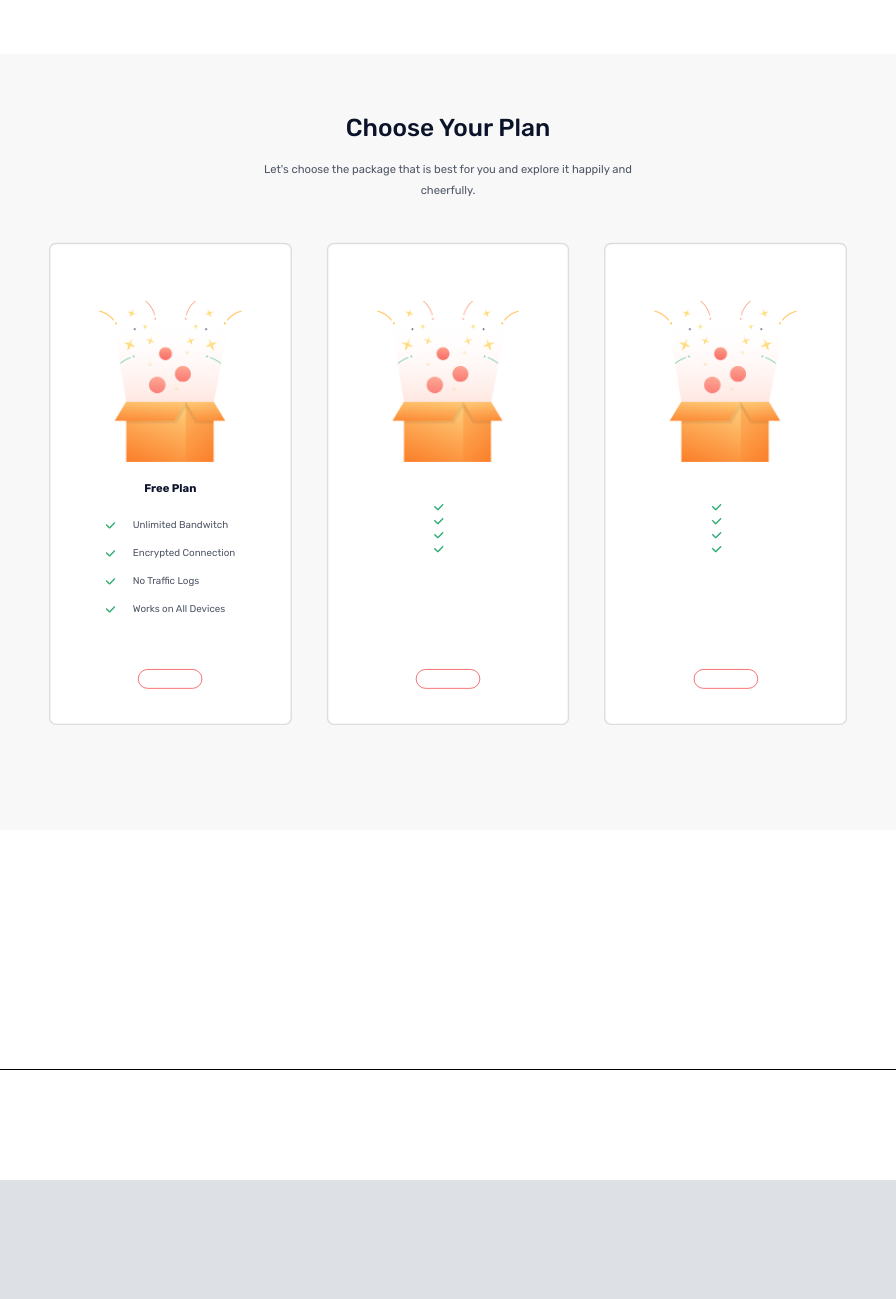
Repository: dangpham205/LaslesVPN-Landing-Page
Page: index.html
These files come from the project's save history. The page is drawn as it stood at one moment and after the next save; the edit follows.
The browser window is 1280 px wide. The pictures show the part of the page from y = 1377 to 3297 px (the page is 3233 px tall before and 3297 px after), at 70% of full size.

Above is the page before, as saved 2022-07-20 11:38:16.

### index.html
<!DOCTYPE html>
<html lang="en">
<head>
    <meta charset="UTF-8">
    <meta http-equiv="X-UA-Compatible" content="IE=edge">
    <meta name="viewport" content="width=device-width, initial-scale=1.0">
    <title>Lasles</title>
    <link rel="preconnect" href="https://fonts.googleapis.com" />
    <link rel="preconnect" href="https://fonts.gstatic.com" crossorigin />
    <link
      href="https://fonts.googleapis.com/css2?family=Rubik:wght@400;500;700&display=swap"
      rel="stylesheet"
    />
    <link rel="stylesheet" href="./assets/css/style.css">
</head>
<body>
    <div class="wrapper">

        <!-- Menu -->
        <header class="menu">
            <div class="container">
                <div class="menu__container">
                    <img srcset="./assets/img/logo.png 2x" alt="" class="menu__logo" />
                    <div class="menu__list">
                        <div class="menu__item">
                            <a href="" class="menu__item-link">About</a>
                        </div>
                        <div class="menu__item">
                            <a href="" class="menu__item-link">Features</a>
                        </div>
                        <div class="menu__item">
                            <a href="" class="menu__item-link">Pricing</a>
                        </div>
                        <div class="menu__item">
                            <a href="" class="menu__item-link">Testimonials</a>
                        </div>
                        <div class="menu__item">
                            <a href="" class="menu__item-link">Help</a>
                        </div>
                    </div>
                    <div class="menu__buttons">
                        <a href="" class="menu__button--sign-in">Sign In</a>
                        <a href="" class="button button--outline menu__button--sign-up">Sign Up</a>
                    </div>
                </div>
            </div>
        </header>

        <main>
            <!-- hero -->
            <section class="hero">
                <div class="container">
                    <div class="hero__container">
                        <div class="hero__content">
                            <h1 class="hero__title">Want anything to be easy with <strong>LaslesVPN</strong>.</h1>
                            <p class="hero__desc text">Provide a network for all your needs with ease and fun using LaslesVPN discover interesting features from us.</p>
                            <a href="" class="button button--primary button--rounded button--shadow">Get Started</a>
                        </div>
                        <div class="hero__image">
                            <img srcset="./assets/img/hero.png 2x" alt="">
                        </div>
                    </div>
                </div>
            </section>


            <!-- info -->
            <section class="info">
                <div class="container">
                    <div class="info__container">
                        <div class="info__item">
                            <div class="info__item-image">
                                <img src="" alt="" srcset="./assets/img/user.png 2x">
                            </div>
                            <div class="info__item-text">
                                <h3 class="info__item-title">90+</h3>
                                <p class="info__item-desc">Users</p>
                            </div>
                        </div>
                        <div class="info__item">
                            <div class="info__item-image">
                                <img src="" alt="" srcset="./assets/img/location.png 2x">
                            </div>
                            <div class="info__item-text">
                                <h3 class="info__item-title">30+</h3>
                                <p class="info__item-desc">Locations</p>
                            </div>
                        </div>
                        <div class="info__item">
                            <div class="info__item-image">
                                <img src="" alt="" srcset="./assets/img/Server.png 2x">
                            </div>
                            <div class="info__item-text">
                                <h3 class="info__item-title">50+</h3>
                                <p class="info__item-desc">Servers</p>
                            </div>
                        </div>
                    </div>
                </div>
            </section>

            <!-- feature -->
            <section class="feature">
                <div class="container">
                    <div class="feature__container">
                        <div class="feature__image">
                            <img src="" alt="" srcset="./assets/img/feature.png 2x">
                        </div>
                        <div class="feature__content">
                            <h3 class="feature__title heading">We Provide Many Features You Can Use</h3>
                            <p class="feature__desc text">You can explore the features that we provide with fun and have their own functions each feature.

                            </p>
                            <ul class="feature__list">
                                <li class="feature__item">
                                    <img src="./assets/img/ic-check.svg" alt="" class="feature__item-icon">
                                    <span class="feature__item-text">Powerfull online protection.</span>
                                </li>
                                <li class="feature__item">
                                    <img src="./assets/img/ic-check.svg" alt="" class="feature__item-icon">
                                    <span class="feature__item-text">Internet without borders.</span>
                                </li>
                                <li class="feature__item">
                                    <img src="./assets/img/ic-check.svg" alt="" class="feature__item-icon">
                                    <span class="feature__item-text">Supercharged VPN</span>
                                </li>
                                <li class="feature__item">
                                    <img src="./assets/img/ic-check.svg" alt="" class="feature__item-icon">
                                    <span class="feature__item-text">No specific time limits.</span>
                                </li>
                            </ul>
                        </div>

                    </div>
                </div>
            </section>

            <section class="plan">
                <div class="container">
                    <div class="plan__container">
                        <div class="plan__header">
                            <h3 class="plan__title heading">Choose Your Plan</h3>
                            <p class="plan__desc text">Let's choose the package that is best for you and explore it happily and cheerfully.</p>
                        </div>
                        <div class="plan__list">
                            <div class="plan__item">
                                <div class="plan__item-image">
                                    <img src="" alt="" srcset="./assets/img/plan.png">
                                </div>
                                <h4 class="plan__item-title">Free Plan</h4>
                                <ul class="plan__item-details">
                                    <li class="plan__item-detail">
                                        <img src="./assets/img/ic-check-line.svg" alt="">
                                        <span class="plan__item-desc">Unlimited Bandwitch</span>
                                    </li>
                                    <li class="plan__item-detail">
                                        <img src="./assets/img/ic-check-line.svg" alt="">
                                        <span class="plan__item-desc">Encrypted Connection</span>
                                    </li>
                                    <li class="plan__item-detail">
                                        <img src="./assets/img/ic-check-line.svg" alt="">
                                        <span class="plan__item-desc">No Traffic Logs</span>
                                    </li>
                                    <li class="plan__item-detail">
                                        <img src="./assets/img/ic-check-line.svg" alt="">
                                        <span class="plan__item-desc">Works on All Devices</span>
                                    </li>
                                </ul>
                                <div class="plan__item-price"></div>
                                <a href="" class="plan__item-btn button button--outline"></a>
                            </div>
                            <div class="plan__item">
                                <div class="plan__item-image">
                                    <img src="" alt="" srcset="./assets/img/plan.png">
                                </div>
                                <h4 class="plan__item-title"></h4>
                                <ul class="plan__item-details">
                                    <li class="plan__item-detail">
                                        <img src="./assets/img/ic-check-line.svg" alt="">
                                        <span class="plan__item-desc"></span>
                                    </li>
                                    <li class="plan__item-detail">
                                        <img src="./assets/img/ic-check-line.svg" alt="">
                                        <span class="plan__item-desc"></span>
                                    </li>
                                    <li class="plan__item-detail">
                                        <img src="./assets/img/ic-check-line.svg" alt="">
                                        <span class="plan__item-desc"></span>
                                    </li>
                                    <li class="plan__item-detail">
                                        <img src="./assets/img/ic-check-line.svg" alt="">
                                        <span class="plan__item-desc"></span>
                                    </li>
                                </ul>
                                <div class="plan__item-price"></div>
                                <a href="" class="plan__item-btn button button--outline"></a>
                            </div>
                            <div class="plan__item">
                                <div class="plan__item-image">
                                    <img src="" alt="" srcset="./assets/img/plan.png">
                                </div>
                                <h4 class="plan__item-title"></h4>
                                <ul class="plan__item-details">
                                    <li class="plan__item-detail">
                                        <img src="./assets/img/ic-check-line.svg" alt="">
                                        <span class="plan__item-desc"></span>
                                    </li>
                                    <li class="plan__item-detail">
                                        <img src="./assets/img/ic-check-line.svg" alt="">
                                        <span class="plan__item-desc"></span>
                                    </li>
                                    <li class="plan__item-detail">
                                        <img src="./assets/img/ic-check-line.svg" alt="">
                                        <span class="plan__item-desc"></span>
                                    </li>
                                    <li class="plan__item-detail">
                                        <img src="./assets/img/ic-check-line.svg" alt="">
                                        <span class="plan__item-desc"></span>
                                    </li>
                                </ul>
                                <div class="plan__item-price"></div>
                                <a href="" class="plan__item-btn button button--outline"></a>
                            </div>
                        </div>
                    </div>
                </div>
            </section>

            <div class="container" style="height: 500px;"></div>
        </main>


        <footer>

        </footer>

    </div>
</body>
</html>

Loaded but not shown: assets/css/style.css (583 lines, source omitted)

After the next save:
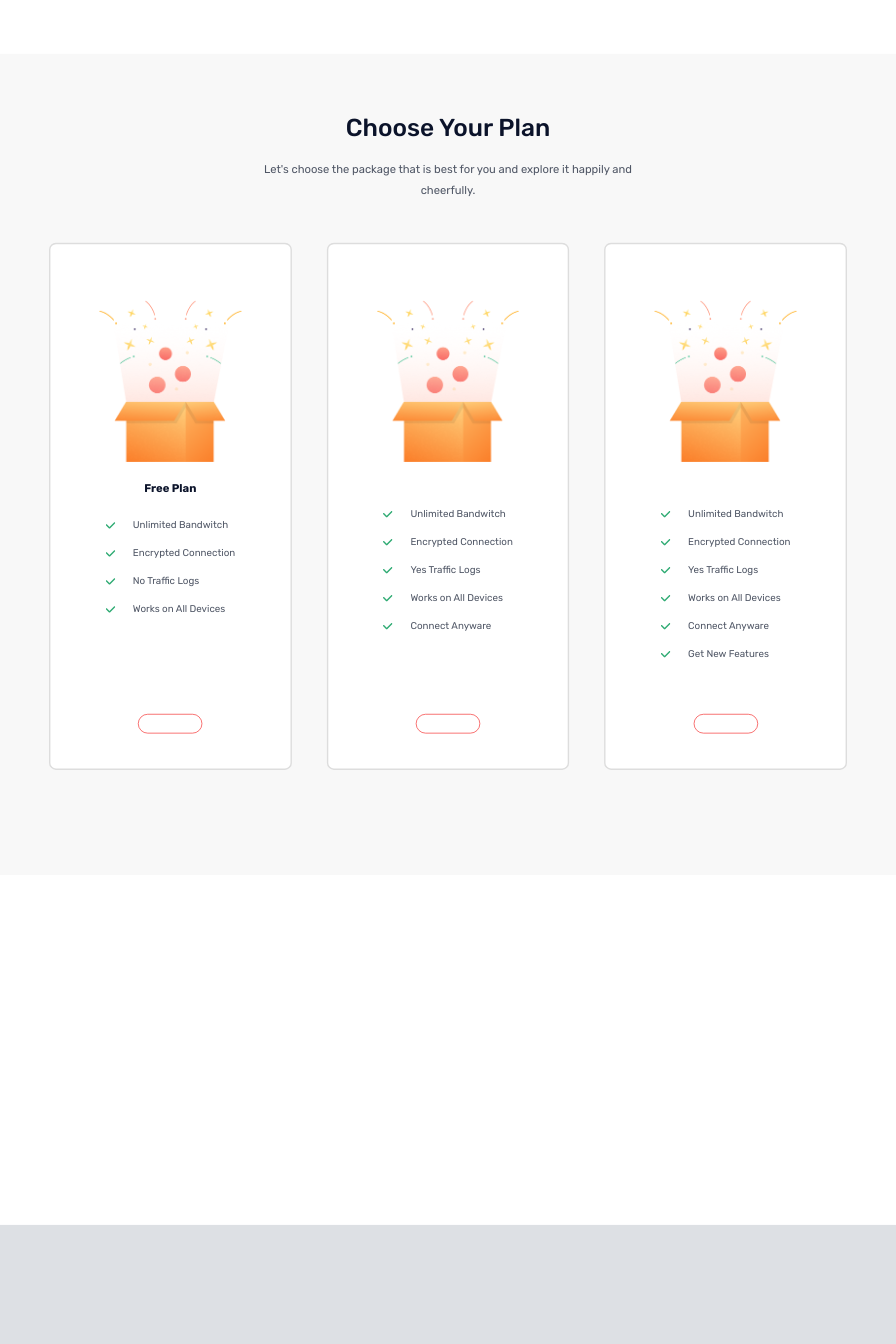
Saved 88 s later.
--- a/index.html
+++ b/index.html
@@ -177,19 +177,23 @@
                                 <ul class="plan__item-details">
                                     <li class="plan__item-detail">
                                         <img src="./assets/img/ic-check-line.svg" alt="">
-                                        <span class="plan__item-desc"></span>
-                                    </li>
-                                    <li class="plan__item-detail">
-                                        <img src="./assets/img/ic-check-line.svg" alt="">
-                                        <span class="plan__item-desc"></span>
-                                    </li>
-                                    <li class="plan__item-detail">
-                                        <img src="./assets/img/ic-check-line.svg" alt="">
-                                        <span class="plan__item-desc"></span>
-                                    </li>
-                                    <li class="plan__item-detail">
-                                        <img src="./assets/img/ic-check-line.svg" alt="">
-                                        <span class="plan__item-desc"></span>
+                                        <span class="plan__item-desc">Unlimited Bandwitch</span>
+                                    </li>
+                                    <li class="plan__item-detail">
+                                        <img src="./assets/img/ic-check-line.svg" alt="">
+                                        <span class="plan__item-desc">Encrypted Connection</span>
+                                    </li>
+                                    <li class="plan__item-detail">
+                                        <img src="./assets/img/ic-check-line.svg" alt="">
+                                        <span class="plan__item-desc">Yes Traffic Logs</span>
+                                    </li>
+                                    <li class="plan__item-detail">
+                                        <img src="./assets/img/ic-check-line.svg" alt="">
+                                        <span class="plan__item-desc">Works on All Devices</span>
+                                    </li>
+                                    <li class="plan__item-detail">
+                                        <img src="./assets/img/ic-check-line.svg" alt="">
+                                        <span class="plan__item-desc">Connect Anyware</span>
                                     </li>
                                 </ul>
                                 <div class="plan__item-price"></div>
@@ -203,19 +207,27 @@
                                 <ul class="plan__item-details">
                                     <li class="plan__item-detail">
                                         <img src="./assets/img/ic-check-line.svg" alt="">
-                                        <span class="plan__item-desc"></span>
-                                    </li>
-                                    <li class="plan__item-detail">
-                                        <img src="./assets/img/ic-check-line.svg" alt="">
-                                        <span class="plan__item-desc"></span>
-                                    </li>
-                                    <li class="plan__item-detail">
-                                        <img src="./assets/img/ic-check-line.svg" alt="">
-                                        <span class="plan__item-desc"></span>
-                                    </li>
-                                    <li class="plan__item-detail">
-                                        <img src="./assets/img/ic-check-line.svg" alt="">
-                                        <span class="plan__item-desc"></span>
+                                        <span class="plan__item-desc">Unlimited Bandwitch</span>
+                                    </li>
+                                    <li class="plan__item-detail">
+                                        <img src="./assets/img/ic-check-line.svg" alt="">
+                                        <span class="plan__item-desc">Encrypted Connection</span>
+                                    </li>
+                                    <li class="plan__item-detail">
+                                        <img src="./assets/img/ic-check-line.svg" alt="">
+                                        <span class="plan__item-desc">Yes Traffic Logs</span>
+                                    </li>
+                                    <li class="plan__item-detail">
+                                        <img src="./assets/img/ic-check-line.svg" alt="">
+                                        <span class="plan__item-desc">Works on All Devices</span>
+                                    </li>
+                                    <li class="plan__item-detail">
+                                        <img src="./assets/img/ic-check-line.svg" alt="">
+                                        <span class="plan__item-desc">Connect Anyware</span>
+                                    </li>
+                                    <li class="plan__item-detail">
+                                        <img src="./assets/img/ic-check-line.svg" alt="">
+                                        <span class="plan__item-desc">Get New Features</span>
                                     </li>
                                 </ul>
                                 <div class="plan__item-price"></div>
